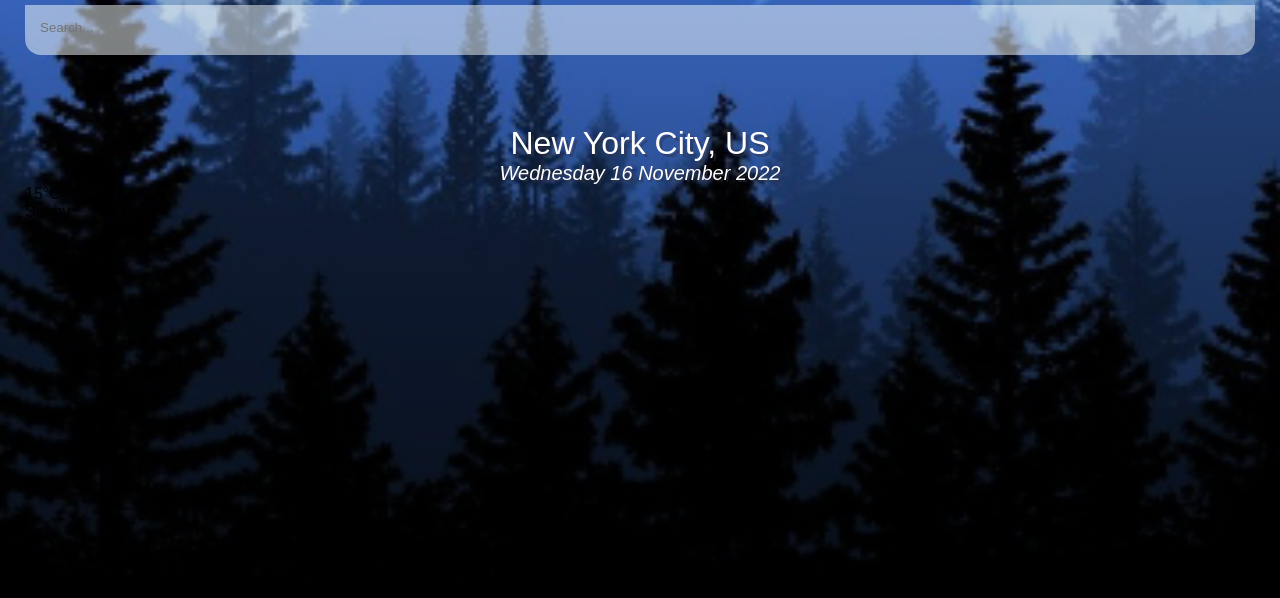
Repository: azizdeghais/Weather-App
Page: /
The author's editor kept a copy of each file at every save. The page is drawn from the files as they stood at one save, then again after the next save.
The browser window is 1280 px wide. The pictures show the whole page.
The project was rebuilt for these pictures with package versions that can differ from the ones it lists, and the page was loaded fresh each time.

Above is the page before, as saved 2022-11-16 14:05:40.

After the next save:
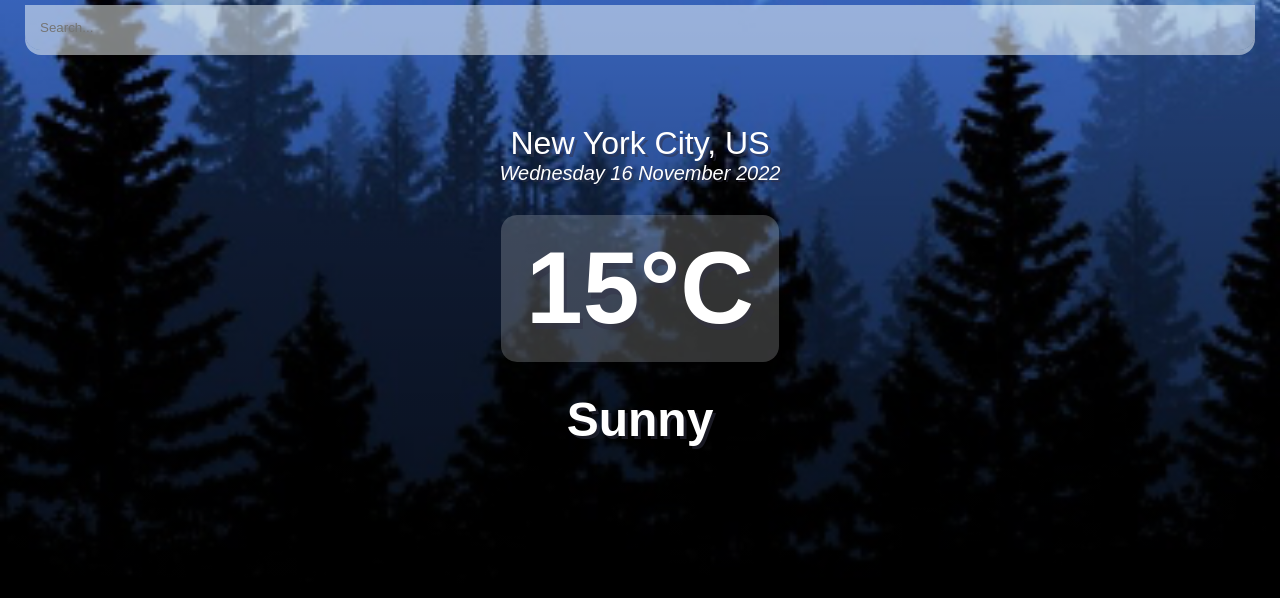
Saved 47 s later.
--- a/src/App.js
+++ b/src/App.js
@@ -30,11 +30,13 @@ function App() {
 <div className="location">New York City, US</div>
 <div className="date">{dateBuilder(new Date())}</div>
         </div>
+        <div className="weather-box">
         <div className="temp">
           15°C
         </div>
         <div className="weather">
           Sunny
+        </div>
         </div>
       </main>
     </div>
